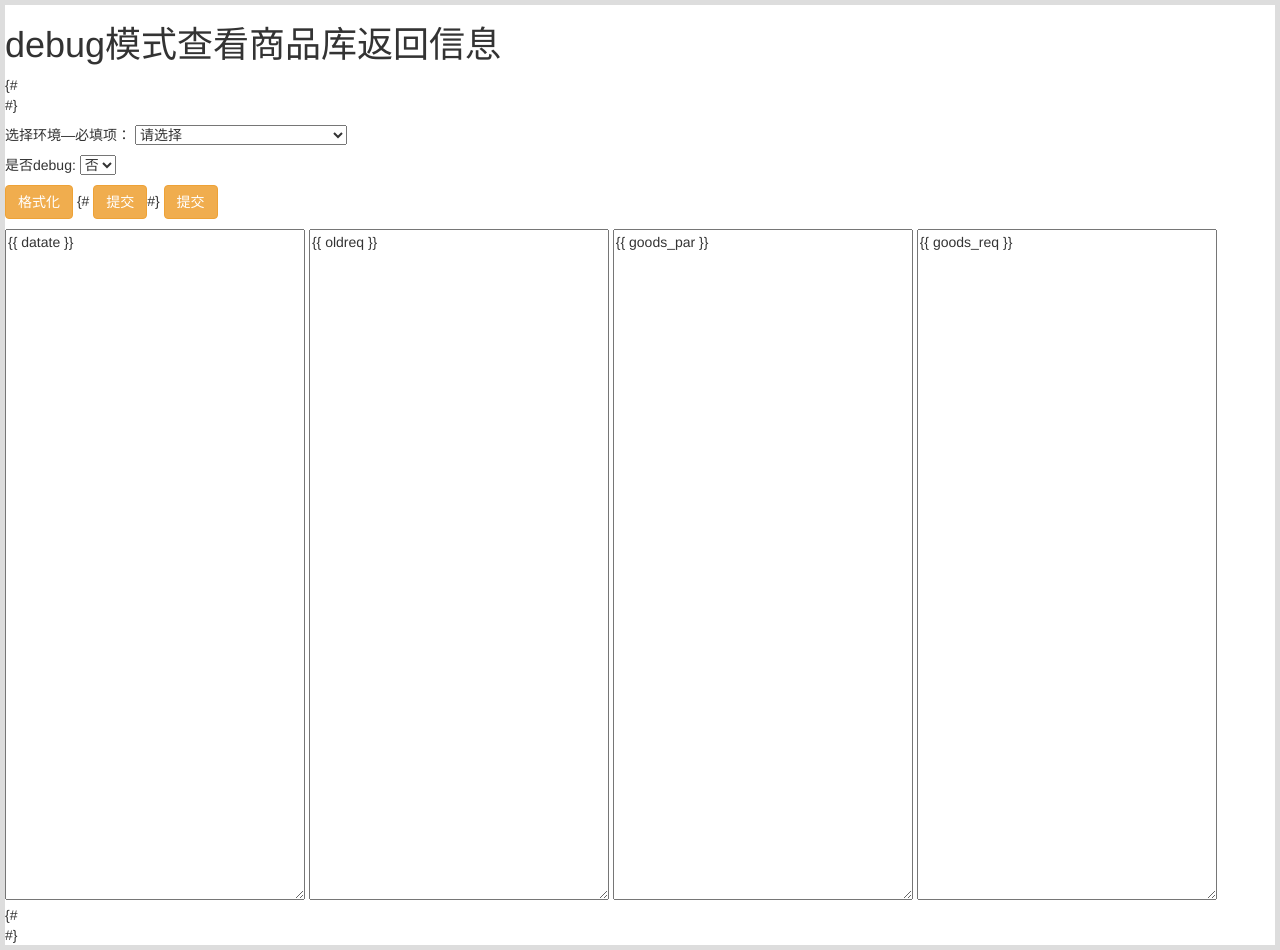
Repository: wangyanqing666/study
Page: other.html
These files come from the project's save history. The page is drawn as it stood at one moment and after the next save; the edit follows.
The browser window is 1280 px wide. The pictures show the whole page.

Above is the page before, as saved 2020-09-28 13:51:36.

After the next save:
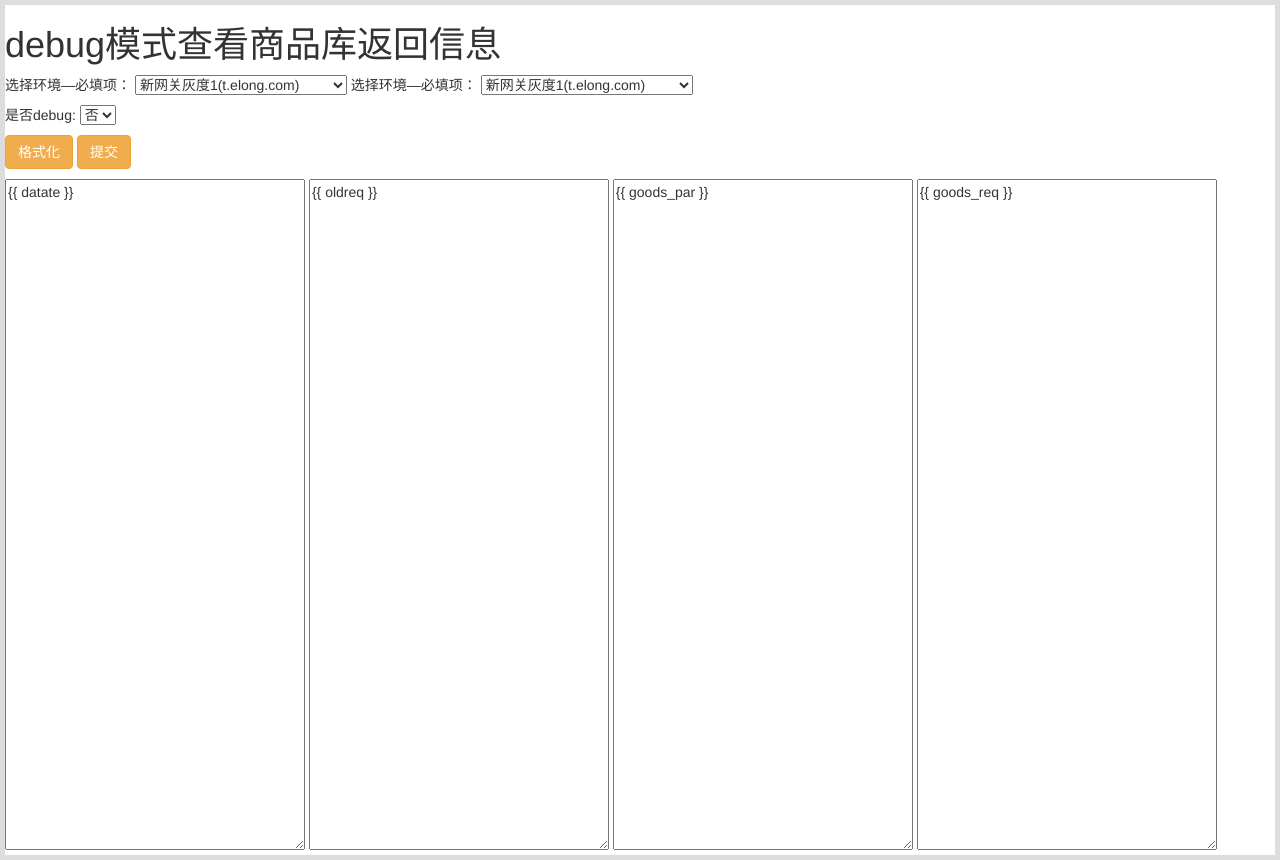
Saved 3 min 11 s later.
--- a/other.html
+++ b/other.html
@@ -119,11 +119,17 @@
 <body>
     <div style="border:5px solid #ddd;">
         <h1>debug模式查看商品库返回信息</h1>
-        {#        <form action="/alsk/" method="POST">#}
         <div>
-            <h5><span>选择环境—必填项：</span>
+            <h5>
+                <span>选择环境—必填项：</span>
                 <select id="env" name="env">
-                    {#                        <option value="empty">请选择</option>#}
+                    <option value="http://mobileapi.t.elong.com">新网关灰度1(t.elong.com)</option>
+                    <option value="http://mobileapi-huidu2.vip.elong.com">新网关灰度2(huidu2.vip.elong)</option>
+                    <option value="http://mobileapi-huidu3.vip.elong.com">新网关灰度3(huidu3.vip.elong)</option>
+                    <option value="http://mobile-api2011.elong.com">线上环境(api2011.elong.com)</option>
+                </select>
+                <span>选择环境—必填项：</span>
+                <select id="env" name="env">
                     <option value="http://mobileapi.t.elong.com">新网关灰度1(t.elong.com)</option>
                     <option value="http://mobileapi-huidu2.vip.elong.com">新网关灰度2(huidu2.vip.elong)</option>
                     <option value="http://mobileapi-huidu3.vip.elong.com">新网关灰度3(huidu3.vip.elong)</option>
@@ -138,7 +144,6 @@
             </h5>
             <button type="button" class="btn btn-warning" id="formatting" onclick="beautify();">格式化</button>
 
-            {#                <button type="submit" class="btn btn-warning" >提交</button>#}
             <button type="button" class="btn btn-warning" id="tj1">提交</button>
 
 
@@ -158,8 +163,6 @@
                 name="jstr2">{{ goods_req }}</textarea>
         </div>
 
-        {#        </form>#}
-
     </div>
 </body>
 
